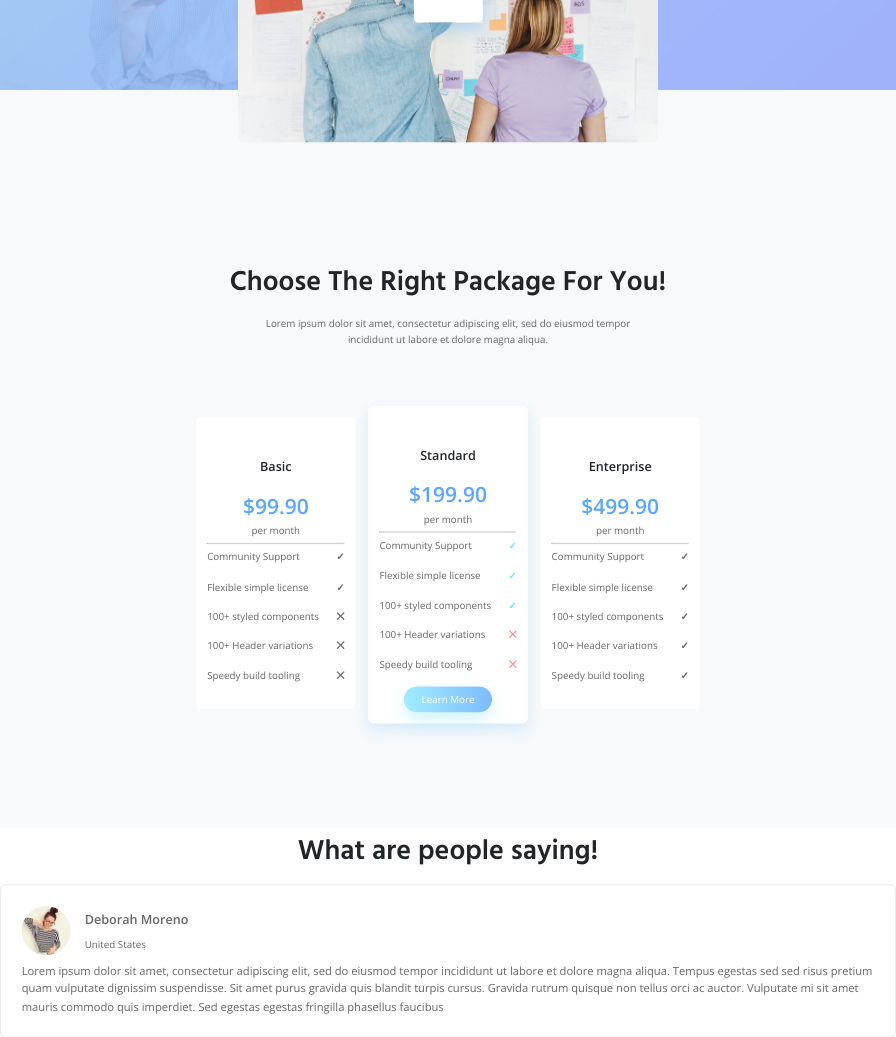
Repository: Sc-Juju/CodeRad
Page: index.html
These files come from the project's save history. The page is drawn as it stood at one moment and after the next save; the edit follows.
The browser window is 1280 px wide. The pictures show the part of the page from y = 2131 to 4051 px (the page is 3613 px tall before and 4051 px after), at 70% of full size.

Above is the page before, as saved 2022-11-11 21:31:05.

### index.html
<!DOCTYPE html>
<html>
	<head>
		<meta charset="utf-8" />
		<meta http-equiv="X-UA-Compatible" content="IE=edge" />
		<title>CodeRad</title>
		<meta name="description" content="" />
		<meta name="viewport" content="width=device-width, initial-scale=1" />

		<link
			href="https://fonts.googleapis.com/css2?family=Open+Sans:wght@300;400;600;700&display=swap"
			rel="stylesheet"
		/>
		<link
			href="https://fonts.googleapis.com/css2?family=Hind:wght@300;400;500;600;700&display=swap"
			rel="stylesheet"
		/>

		<link rel="stylesheet" href="./css/default.css" />
		<link rel="stylesheet" href="./css/styles.css" />
		<link rel="stylesheet" href="./css/responsive.css" />
	</head>
	<body>
		<nav class="navbar nav">
			<div class="container">
				<button
					class="navbar-toggler"
					aria-expanded="false"
					aria-controls="navbarDropdown"
				>
					<span>&#9776;</span>
				</button>
				<a class="navbar-brand" href="index.html">CodeRad</a>
				<ul class="navbar-nav">
					<li class="nav-link">
						<a href="#">Home</a>
					</li>

					<li class="nav-link">
						<a href="#">Blog</a>
					</li>
					<li class="nav-link">
						<a href="#">Portfolio</a>
					</li>
					<li class="nav-link">
						<a href="#">Contact</a>
					</li>
				</ul>
			</div>
		</nav>

		<header class="bg-header">
			<div class="container">
				<div class="hero-wrapper">
					<h2 class="hero-header">
						Young in our spirits and <br />
						modern look.
					</h2>
					<a class="btn btn-white" href="#">Learn more</a>
				</div>
			</div>
		</header>
		<!--Why me-->
		<section>
			<div class="container why-me-wrapper">
				<div class="block-text">
					<span>Why choose me</span>
					<h2>
						Meeting Your Needs <br />
						In Website Building
					</h2>
					<p>
						Lorem ipsum dolor sit amet, consectetur adipiscing elit,
						sed do eiusmod tempor incididunt ut labore et dolore
						magna aliqua.
					</p>
					<a href="" class="btn btn-primary">Learn More</a>
				</div>
				<div>
					<img src="./CodeRad-assets/image2.svg" alt="Icon Chart" />
				</div>
			</div>
		</section>
		<!--Services-->
		<section class="bg-contrast">
			<div class="container service-grid">
				<div class="service-card">
					<span class="bg-color-1"></span>
					<div>
						<h3>Branding</h3>
						<p>
							Lorem ipsum dolor sit amet, consectetur adipiscing
							elit, sed do eiusmod tempor incididunt ut labore et
							dolore magna aliqua. Ut morbi tincidunt augue
							interdum velit euismod in pellentesque. Congue
							mauris rhoncus aenean vel.
						</p>
					</div>
				</div>
				<div class="service-card">
					<span class="bg-color-2"></span>
					<div>
						<h3>Design & UX</h3>
						<p>
							Lorem ipsum dolor sit amet, consectetur adipiscing
							elit, sed do eiusmod tempor incididunt ut labore et
							dolore magna aliqua. Ut morbi tincidunt augue
							interdum velit euismod in pellentesque. Congue
							mauris rhoncus aenean vel.
						</p>
					</div>
				</div>
				<div class="service-card">
					<span class="bg-color-3"></span>
					<div>
						<h3>Development</h3>
						<p>
							Lorem ipsum dolor sit amet, consectetur adipiscing
							elit, sed do eiusmod tempor incididunt ut labore et
							dolore magna aliqua. Ut morbi tincidunt augue
							interdum velit euismod in pellentesque. Congue
							mauris rhoncus aenean vel.
						</p>
					</div>
				</div>
				<div class="service-card">
					<span class="bg-color-4"></span>
					<div>
						<h3>User analysis</h3>
						<p>
							Lorem ipsum dolor sit amet, consectetur adipiscing
							elit, sed do eiusmod tempor incididunt ut labore et
							dolore magna aliqua. Ut morbi tincidunt augue
							interdum velit euismod in pellentesque. Congue
							mauris rhoncus aenean vel.
						</p>
					</div>
				</div>
				<div class="service-card">
					<span class="bg-color-5"></span>
					<div>
						<h3>UX Research</h3>
						<p>
							Lorem ipsum dolor sit amet, consectetur adipiscing
							elit, sed do eiusmod tempor incididunt ut labore et
							dolore magna aliqua. Ut morbi tincidunt augue
							interdum velit euismod in pellentesque. Congue
							mauris rhoncus aenean vel.
						</p>
					</div>
				</div>
				<div class="service-card">
					<span class="bg-color-6"></span>
					<div>
						<h3>SEO Service</h3>
						<p>
							Lorem ipsum dolor sit amet, consectetur adipiscing
							elit, sed do eiusmod tempor incididunt ut labore et
							dolore magna aliqua. Ut morbi tincidunt augue
							interdum velit euismod in pellentesque. Congue
							mauris rhoncus aenean vel.
						</p>
					</div>
				</div>
			</div>
		</section>

		<!--Video Demo-->
		<section class="video-demo">
			<div class="container">
				<div class="block-text">
					<h2>Telling Our Story</h2>
					<p>
						Lorem ipsum dolor sit amet, consectetur adipiscing elit,
						sed do eiusmod tempor <br />
						incididunt ut labore et dolore magna aliqua.
					</p>
				</div>
				<div class="video-box">
					<a href="#" class="video-btn">
						<img
							src="./CodeRad-assets/play.svg"
							alt="Play Video Button"
						/>
					</a>
					<img
						src="./CodeRad-assets/demo-video-thumbnail.jpg"
						alt="Video thumbnail"
					/>
				</div>
			</div>
		</section>

		<!--Pricing plans-->
		<section class="bg-contrast">
			<div class="block-text pricing-header">
				<h2>Choose The Right Package For You!</h2>
				<p>
					Lorem ipsum dolor sit amet, consectetur adipiscing elit, sed
					do eiusmod tempor <br />
					incididunt ut labore et dolore magna aliqua.
				</p>
			</div>
			<div class="pricing-table">
				<div class="price-card">
					<h3>Basic</h3>
					<div class="price">$99.90</div>
					<div class="billed">per month</div>
					<hr />
					<ul>
						<li>
							<span class="title">Community Support</span>
							<span class="icon">&#10003;</span>
						</li>
						<li>
							<span class="title">Flexible simple license</span>
							<span class="icon">&#10003;</span>
						</li>
						<li>
							<span class="title">100+ styled components</span>
							<span class="icon">&#10761;</span>
						</li>
						<li>
							<span class="title">100+ Header variations</span>
							<span class="icon">&#10761;</span>
						</li>
						<li>
							<span class="title">Speedy build tooling</span>
							<span class="icon">&#10761;</span>
						</li>
					</ul>
				</div>

				<div class="price-card featured">
					<h3>Standard</h3>
					<div class="price">$199.90</div>
					<div class="billed">per month</div>
					<hr />
					<ul>
						<li>
							<span class="title">Community Support</span>
							<span class="icon checked">&#10003;</span>
						</li>
						<li>
							<span class="title">Flexible simple license</span>
							<span class="icon checked">&#10003;</span>
						</li>
						<li>
							<span class="title">100+ styled components</span>
							<span class="icon checked">&#10003;</span>
						</li>
						<li>
							<span class="title">100+ Header variations</span>
							<span class="icon times">&#10761;</span>
						</li>
						<li>
							<span class="title">Speedy build tooling</span>
							<span class="icon times">&#10761;</span>
						</li>
						<div class="plan-btn-wrapper">
							<a href="" class="btn btn-primary">Learn More</a>
						</div>
					</ul>
				</div>

				<div class="price-card">
					<h3>Enterprise</h3>
					<div class="price">$499.90</div>
					<div class="billed">per month</div>
					<hr />
					<ul>
						<li>
							<span class="title">Community Support</span>
							<span class="icon">&#10003;</span>
						</li>
						<li>
							<span class="title">Flexible simple license</span>
							<span class="icon">&#10003;</span>
						</li>
						<li>
							<span class="title">100+ styled components</span>
							<span class="icon">&#10003;</span>
						</li>
						<li>
							<span class="title">100+ Header variations</span>
							<span class="icon">&#10003;</span>
						</li>
						<li>
							<span class="title">Speedy build tooling</span>
							<span class="icon">&#10003;</span>
						</li>
					</ul>
				</div>
			</div>
		</section>

		<!--Testimonials-->
		<section class="testimonials">
			<div class="block-text">
				<h2>What are people saying!</h2>
			</div>
			<div class="testimonial-grid">
				<div class="testimonial-card">
					<div class="top">
						<img
							src="./CodeRad-assets/1.png"
							alt=""
							class="profile"
						/>
						<div class="top-info">
							<h4>Deborah Moreno</h4>
							<span>United States</span>
						</div>
					</div>
					<div class="bottom">
						<p>
							Lorem ipsum dolor sit amet, consectetur adipiscing
							elit, sed do eiusmod tempor incididunt ut labore et
							dolore magna aliqua. Tempus egestas sed sed risus
							pretium quam vulputate dignissim suspendisse. Sit
							amet purus gravida quis blandit turpis cursus.
							Gravida rutrum quisque non tellus orci ac auctor.
							Vulputate mi sit amet mauris commodo quis imperdiet.
							Sed egestas egestas fringilla phasellus faucibus
						</p>
					</div>
				</div>
			</div>
		</section>
	</body>
</html>

### css/default.css
:root{
    --white:#fff;
    --black: #000;
    --font-color-base:#666;
    --font-color-dark:#212529;
    --font-color-light:#b0aebe;
    --font-color-link:#57a6ff;
    --footer:#34314b;
    --footer-base:2e2b45;
    --contrast:rgba(246, 248, 249, 0.8);
    --success: #64ecf5;
    --danger:#ff8b8d;
    --grad-1:#a1ecff;
    --grad-2:#7dbcff;


    --size-10:0.625rem;
    --size-14:0.875rem;
    --size-16:1rem;
    --size-18:1.125rem;
    --size-20:1.25rem;
    --size-30:1.875rem;
    --size-40:2.5rem;
    --size-50:3.125rem;
    --size-100:6.25rem;
    --size-150:9.375rem;
}
body{
    font-family:"Open Sans", sans-serif;
    font-weight: 400;
    font-size:0.875rem;
    line-height: 1.6;
    letter-spacing: 0;
    color: var(--font-color-base);
    margin:0;
    padding:0;
}
*,
::after,
::before{
    box-sizing: border-box;
}
ul{
    padding:0;
    margin:0;
    list-style: none;
}
a {text-decoration: none;}
p {margin-top:0;}
h2{
    font-size:1.75rem;
    font-weight:500;
    line-height:1.2;
}
img {
    width:100%;
    max-width:100%;
    vertical-align:middle;
    border-style: none;
}
.container{
    width: 100%;
    padding-left:15px;
    padding-right:15px;
    margin-right:auto;
    margin-left:auto;
}

.btn{
    display: inline-block;
    font-weight: 400;
    color: var(--font-color-dark);
    text-align: center;
    cursor: pointer;
    user-select: none;
    background-color: transparent;
    border: 1px solid transparent;
    padding: .375rem .75rem;
    border-radius:1.25rem;
    transition: ease-in-out .3s;
}
.btn-primary{
    background-image: linear-gradient(90deg, var(--grad-1)0%, var(--grad-2)100%);
    border: 1px var(--grad-1);
    box-shadow: 0 10px 20px rgba(161, 236, 255, .5);
    transition: ease-in-out .3s;
    color: var(--white);
    padding: .4375rem 1.5625rem;
}

.btn-white{
    background-color: var(--white);
    color: var(--font-color-link);
    box-shadow: 0px 10px 20px rgba(255, 255, 255, .35);
    padding: .475rem 1.75rem;
}

@media (min-width:1200px){
    .container{ max-width: 1140px; }
}
@media (min-width:768px){
    .pricing-table{max-width:720px;}
}

### css/styles.css
.navbar{
    position: fixed;
    top: 0;
    right: 0;
    left: 0;
    z-index: 200;
    transition: ease-in-out .3s;
}
[aria-controls="navbarDropdown"]{
    display:none;
}
.navbar-nav{
    display: flex;
    align-items: center;
}
.navbar .container{
    display: flex;
    align-items: center;
}
.navbar-brand{
    margin-right:auto;
    font-size: 2rem;
    font-weight: 700;
    width: 100%;
    transition: ease-in-out .3s;
    color: var(--white);

}
.bg-header,
.video-demo{
    background-color: var(--footer);
    background-repeat: no-repeat;
    background-size: cover;
    background-position:50% 20%;
    position: relative;
    z-index: 1;
    padding: 4.6875rem 0;
}
.bg-header{background-image: url(../CodeRad-assets/bg-header-1.jpg);}
.video-demo{background-image: url(../CodeRad-assets/bg-demo.jpg);}
.bg-header::before{
    background-image: linear-gradient(30deg,
    rgba(21,27,38, .8)0%,
    rgba(0,0,0,.2)100%);
    position: absolute;
    content:"";
    top: 0;
    left: 0;
    right: 0;
    bottom: 0;
    width: 100%;
    height: 100%;
    z-index: -1;
}
.nav-link a{
    color: var(--white);
    font-size: .8125rem;
    font-weight: 600;
    font-family: "Hind", sans-serif;
    text-transform: uppercase;
    margin-right: 2.5rem;
    line-height: 1.25rem;
}
.hero-header{
    color: var(--white);
}
.why-me-wrapper{
    display: flex;
    align-items: center;
}
.why-me-wrapper div{
    flex: 1;
}
.block-text{
    padding-right: var(--size-50);
}
.block-text span{
    color: var(--font-color-dark);
    font-weight: 300;
}
.block-text h2{
    font-size: var(--size-40);
    font-family: "Hind", sans-serif;
    font-weight: 600;
    color: var(--font-color-dark);
    margin-bottom: var(--size-20);
    line-height: 1.3;
    margin-top: 0.5rem;
}
.bg-contrast{
    background-color: var(--contrast);
    padding: var(--size-150) 0;
    margin: 0 auto;
}
.service-grid{
    display: grid;
    grid-template-columns: repeat(auto-fit,minmax(300px, 1fr));
    gap: var(--size-20);
}
.service-card{
    padding: var(--size-30);
    box-shadow: 0 0 10px rgba(48, 63, 100, .15);
    background: white;
    border-radius: 8px;
}
.service-card span{
    width:4.375rem;
    height: 4.375rem;
    background: green;
    display: block;
    float: left;
    margin-right: 15px;
    border-radius: 50%;
    background: var(--font-color-light);
}
span.bg-color-1 {background-image: linear-gradient(90deg, #9ccdf3 0%, #94aafd 100%);}
span.bg-color-2 {background-image: linear-gradient(90deg, #55edc0 0%, #4bdbdb 100%);}
span.bg-color-3 {background-image: linear-gradient(90deg, #fda498 0%, #f58b9e 100%);}
span.bg-color-4 {background-image: linear-gradient(90deg, #f2a7ca 0%, #c289f4 100%);}
span.bg-color-5 {background-image: linear-gradient(90deg, #ffc187 0%, #fe93a7 100%);}
span.bg-color-6 {background-image: linear-gradient(90deg, #a1ecff 0%, #7dbcff 100%);}

.video-demo{text-align: center;}
.video-demo .block-text{padding-right: 0;}

.video-demo .block-text h2,
.video-demo .block-text p{
    color: var(--white);
}

.video-btn{
    position: absolute;
    top: 50%;
    left: 50%;
    transform: translate(-50%, -50%);
    box-shadow: 0 10px 20px rgba(57, 166, 251, .3);
}
.video-btn img{
    height: var(--size-100);
    width: var(--size-100);
}
.video-box{
    position: relative;
    margin-bottom: -9.375rem;
    z-index: 100;
}
.video-box > img{
    max-width: 600px;
    border-radius: 8px;
}
.block-text.pricing-header{
    text-align: center;
    padding-right: 0;
    margin: var(--size-100) 0;
}
.pricing-table{
    display: grid;
    grid-template-columns: repeat(auto-fit, minmax(215px, 1fr));
    gap: var(--size-18);
    margin: auto;
    align-items: flex-start;
}
.price-card{
    background-color:var(--white);
    border-radius: 8px;
    padding: var(--size-16);
}
.price-card .checked{color: var(--success);}
.price-card .times{color: var(--danger);}

.price-card.featured{
    box-shadow: 0 10px 20px rgba(82,179,255,.2);
    margin-top: -1rem;
}
.price-card h3{
    margin-top: var(--size-40);
    font-size: var(--size-18);
    color: var(--font-color-dark);
    font-weight: 600;
}
.plan-card hr{margin: 2rem 0 1rem;}
.price{
    color: var(--font-color-link);
    font-size: var(--size-30);
    font-weight: 600;
}
.price-card h3,
.price-card .price,
.price-card .billed{text-align: center;}

.price-card li{margin-bottom: var(--size-20);}
.price-card .icon{
    float: right;
    font-weight:600;
}
.plan-btn-wrapper{text-align: center;}

.testimonials .block-text{
    padding-right: 0;
    text-align: center;
}

.testimonial-card{
    border: 1px solid #dedede;
    border-radius: 8px;
    padding: var(--size-30);
}

.testimonial-card .top{
    display:flex;
    align-items: center;
    padding-bottom: var(--size-10);
}

.testimonial-card img.profile{
    width: 70px;
    border-radius: 50%;
    margin-right: var(--size-20);
}

.top h4{
    margin-top: 0;
    margin-bottom: var(--size-10);
    font-weight: 600;
    font-size: var(--size-18);
}

.bottom p{
    margin: 0;
    font-size: var(--size-16);
    line-height: 1.6;
}

Loaded but not shown: css/responsive.css (no copy from this time; the picture is the same without it)

After the next save:
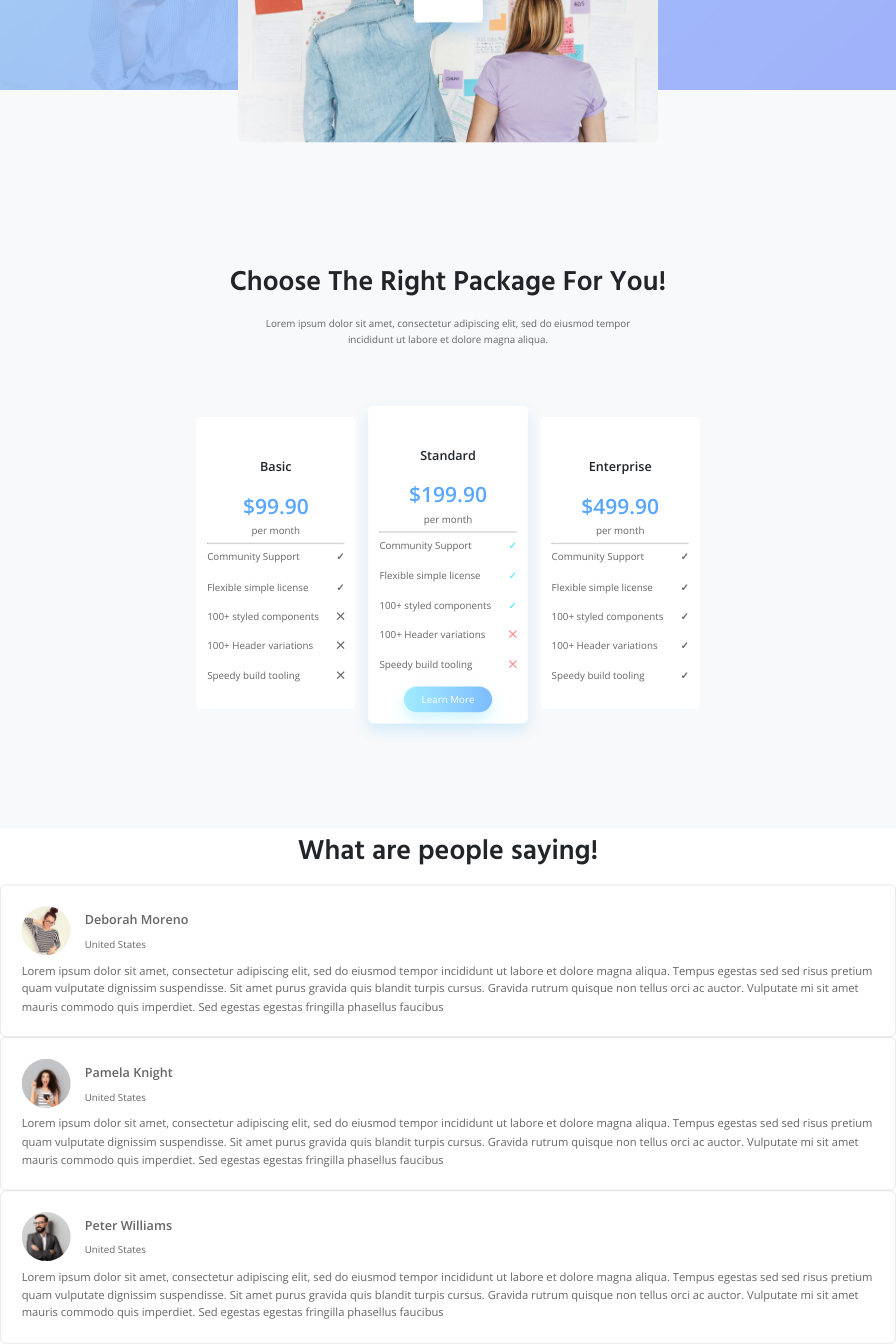
Saved 3 min 24 s later.
--- a/index.html
+++ b/index.html
@@ -325,6 +325,58 @@
 						</p>
 					</div>
 				</div>
+
+				<div class="testimonial-card">
+					<div class="top">
+						<img
+							src="./CodeRad-assets/2.png"
+							alt=""
+							class="profile"
+						/>
+						<div class="top-info">
+							<h4>Pamela Knight</h4>
+							<span>United States</span>
+						</div>
+					</div>
+					<div class="bottom">
+						<p>
+							Lorem ipsum dolor sit amet, consectetur adipiscing
+							elit, sed do eiusmod tempor incididunt ut labore et
+							dolore magna aliqua. Tempus egestas sed sed risus
+							pretium quam vulputate dignissim suspendisse. Sit
+							amet purus gravida quis blandit turpis cursus.
+							Gravida rutrum quisque non tellus orci ac auctor.
+							Vulputate mi sit amet mauris commodo quis imperdiet.
+							Sed egestas egestas fringilla phasellus faucibus
+						</p>
+					</div>
+				</div>
+
+				<div class="testimonial-card">
+					<div class="top">
+						<img
+							src="./CodeRad-assets/3.png"
+							alt=""
+							class="profile"
+						/>
+						<div class="top-info">
+							<h4>Peter Williams</h4>
+							<span>United States</span>
+						</div>
+					</div>
+					<div class="bottom">
+						<p>
+							Lorem ipsum dolor sit amet, consectetur adipiscing
+							elit, sed do eiusmod tempor incididunt ut labore et
+							dolore magna aliqua. Tempus egestas sed sed risus
+							pretium quam vulputate dignissim suspendisse. Sit
+							amet purus gravida quis blandit turpis cursus.
+							Gravida rutrum quisque non tellus orci ac auctor.
+							Vulputate mi sit amet mauris commodo quis imperdiet.
+							Sed egestas egestas fringilla phasellus faucibus
+						</p>
+					</div>
+				</div>
 			</div>
 		</section>
 	</body>
